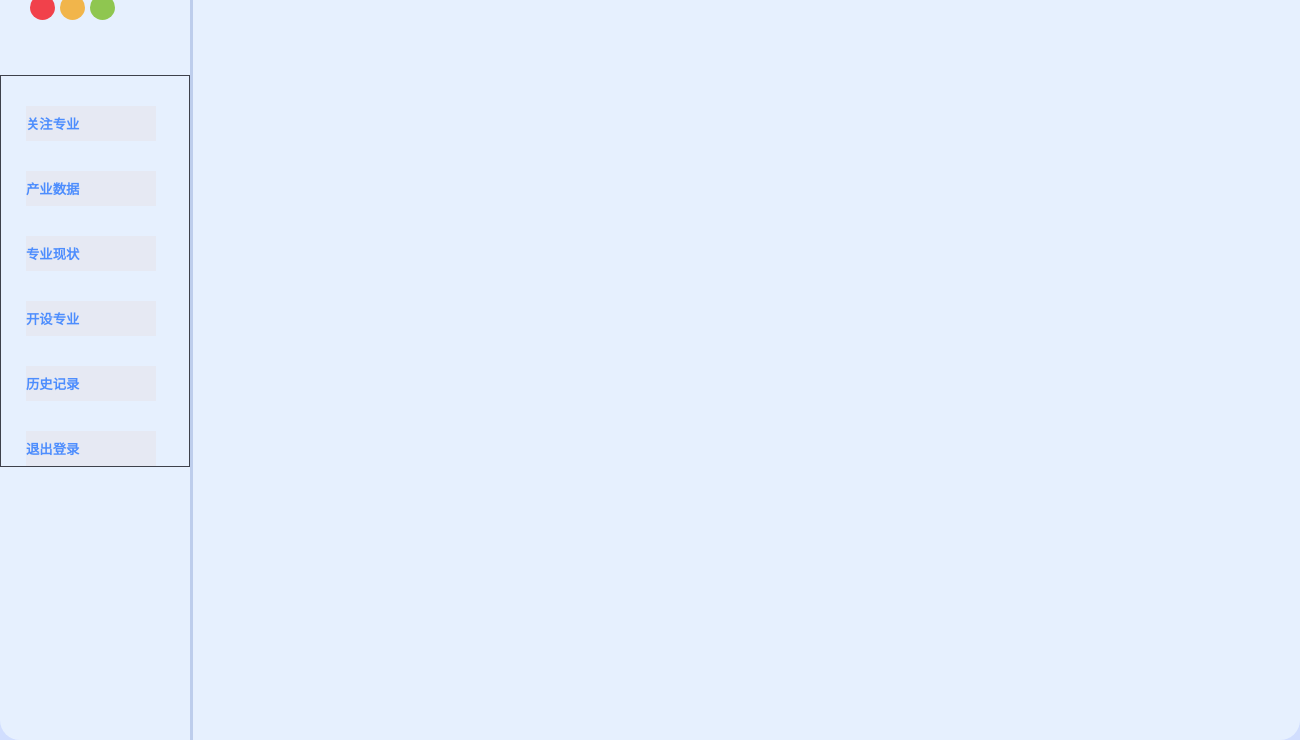
Repository: akaCSDN/test
Page: 2.1主页.html
The author's editor kept a copy of each file at every save. The page is drawn from the files as they stood at one save, then again after a run of saves.
The browser window is 1280 px wide. The page is 1300 px wide, so the pictures cover 1300 px, including what lies to the right of the window. The pictures show the whole page.

Above is the page before, as saved 2022-12-02 14:16:05.

### 2.1主页.html
<!DOCTYPE html>
<html lang="en">
<head>
    <meta charset="UTF-8">
    <meta http-equiv="X-UA-Compatible" content="IE=edge">
    <meta name="viewport" content="width=device-width, initial-scale=1.0">
    <title>Document</title>
    <style type="text/css">
        *{
            margin: 0;
            padding: 0;
            border: 0;
        }
        .main{
            width: 1300px;
            height: 760px;
            /* border: 1px solid black; */
            border-radius: 20px;
            background-color: aliceblue;
            opacity: 0.7;
            position: absolute;
            top: 0;
            right: 0;
            bottom: 0;
            left: 0;
            margin: auto;

        }
        .left{
            width: 190px;
            height: 760px;
            border-radius: 20px 0px 0px 20px;
            border-right: 3px solid rgba(146, 169, 213, 0.622);
            /* border: 1px solid black; */
            position: absolute;
        }
        .circle-point{
            width: 100px;
            height: 30px;
            /* border: 1px solid black; */
            margin-left: 25px;
            margin-top: 15px;
        }
        .circle-point div{
            width: 25px;
            height: 25px;
            border-radius: 100% 100% 100% 100%;
            float: left;
            opacity: 1;
            /* position: absolute; */
            margin-left: 5px;

        }
        .button{
            width: auto;
            height: auto;
            border: 1px solid black;
            margin-top: 50px;
        }
        .button ul{
            list-style-type: none;
        }
        .button button{
            width: 130px;
            height: 35px;
            text-align: left;
            margin-left: 25px;
            color: rgba(0, 94, 255, 0.909);
            font-weight: 600;
            margin-top: 30px;

        }
    </style>
</head>
<body style="background-color: rgb(209, 222, 254);">
    <div class="main">
        <div class="left">
            <div class="circle-point">
                <div style="background-color: red;"></div>
                <div style="background-color: orange;"></div>
                <div style="background-color:rgb(116, 189, 7);"></div>
            </div>
            <div class="button">

                    <button>关注专业</button>
                    <br>
                    <button>产业数据</button>
                    <br>
                    <button>专业现状</button>
                    <br>
                    <button>开设专业</button>
                    <br>
                    <button>历史记录</button>
                    <br>
                    <button>退出登录</button>

            </div>



        </div>

    </div>
</body>
</html>

After the next 4 saves:
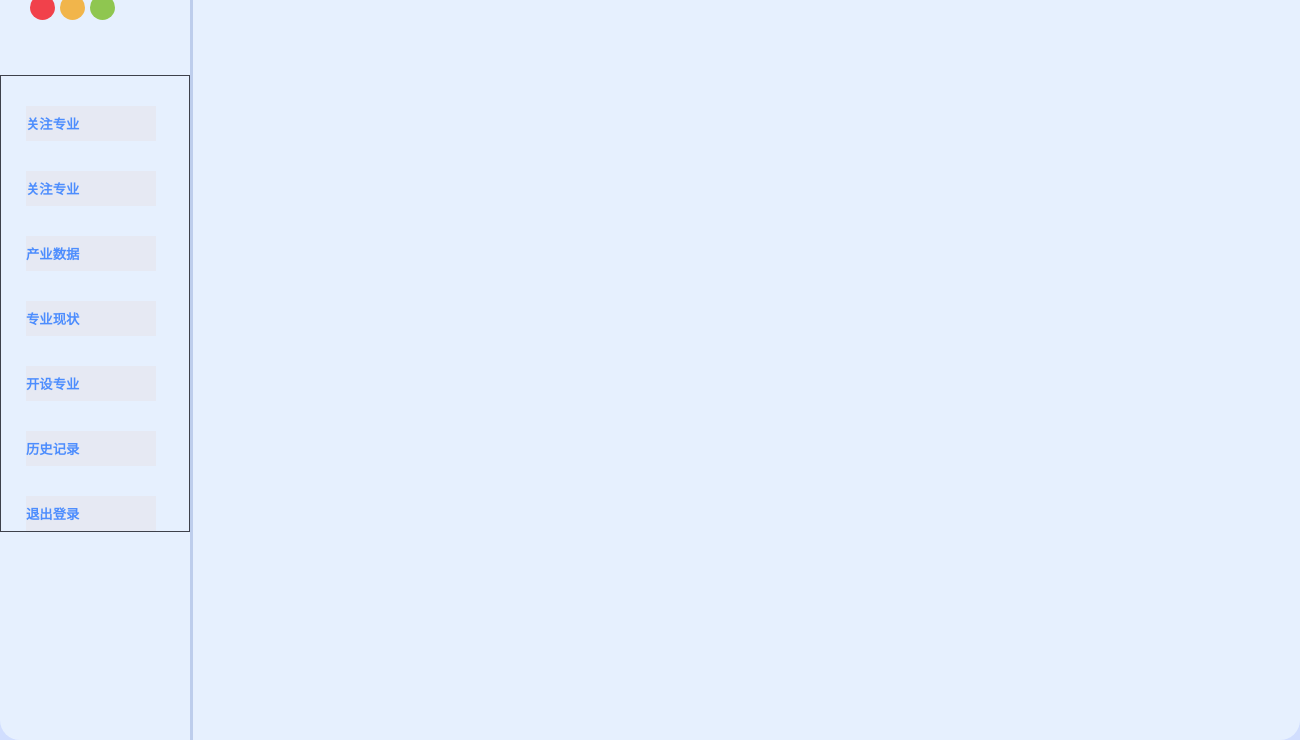
The 4 saves are shown as one change because they came seconds apart.
The last was saved 87 s later.
--- a/2.1主页.html
+++ b/2.1主页.html
@@ -81,7 +81,8 @@
                 <div style="background-color:rgb(116, 189, 7);"></div>
             </div>
             <div class="button">
-
+                    <button>关注专业</button>
+                    <br>
                     <button>关注专业</button>
                     <br>
                     <button>产业数据</button>
